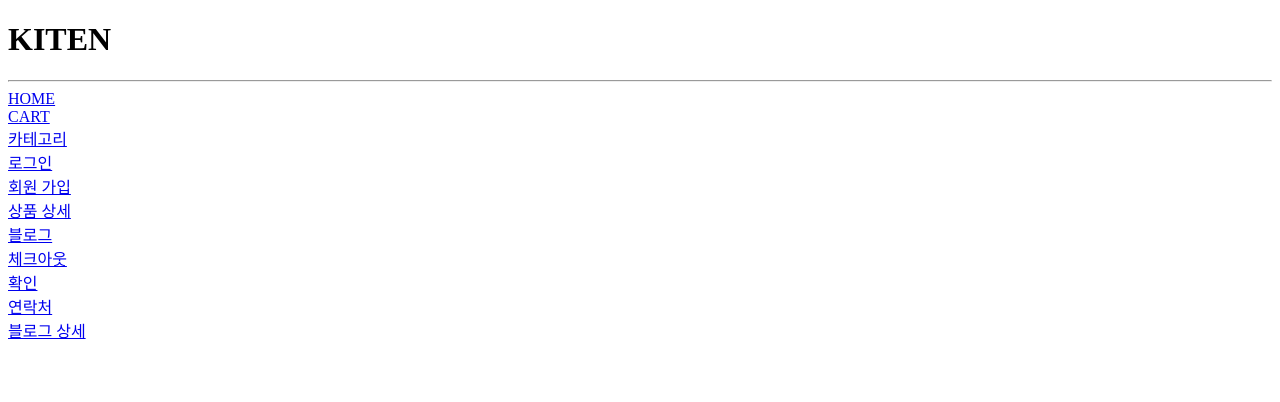
Repository: miniwon/semiProject_KITEN
Page: http://localhost/KITEN/
An editor plug-in stored every save of this project. The page is shown before and after a run of saves, followed by the edit.
The browser window is 1280 px wide. The pictures show the whole page.
The page is served by Tomcat 9. Nobody is signed in. The application's start-up code is not run.

Above is the page before, as saved 2022-11-15 09:17:46.

After the next 2 saves:
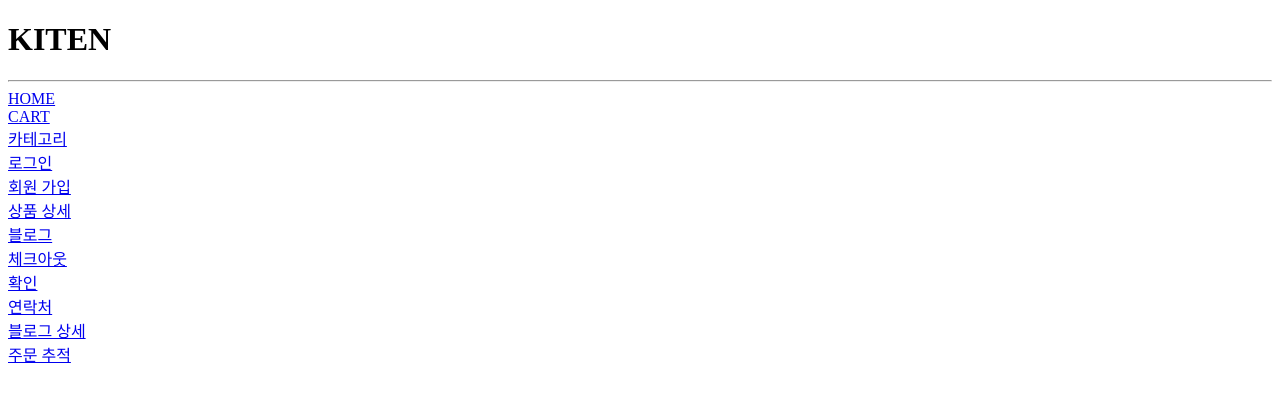
The 2 saves are shown as one change because they came seconds apart.
The last was saved 23 s later.
--- a/KITEN/src/main/webapp/index.jsp
+++ b/KITEN/src/main/webapp/index.jsp
@@ -20,6 +20,6 @@
 	<a href="confirmation.do">확인</a><br>
 	<a href="contact.do">연락처</a><br>
 	<a href="single-blog.do">블로그 상세</a><br>
-
+	<a href="tracking-order.do">주문 추적</a><br>
 </body>
 </html>
